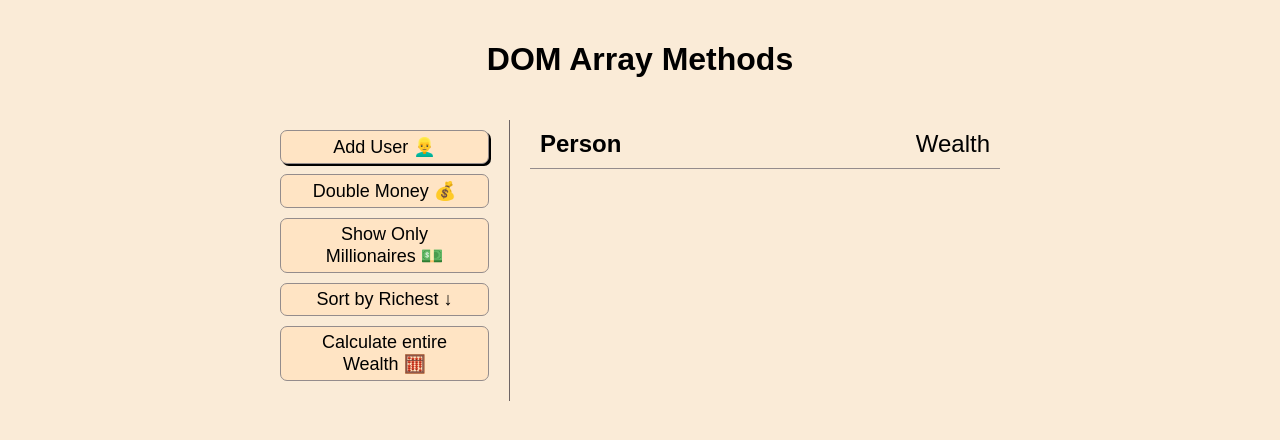
Repository: AbrorjonKuchkarov/DOM-Array-Methods
Page: index.html
An editor plug-in stored every save of this project. The page is shown before and after the next save, followed by the edit.
The browser window is 1280 px wide. The pictures show the whole page.
The pointer rests on the first visible `button`.

Above is the page before, as saved 2022-02-24 15:51:31.

After the next save:
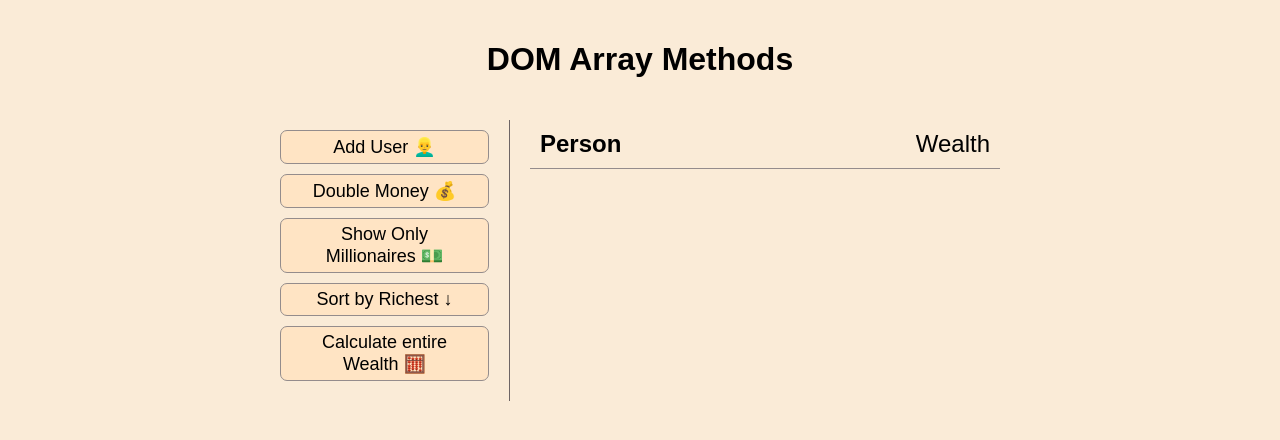
Saved 15 s later.
--- a/style.css
+++ b/style.css
@@ -41,7 +41,7 @@ button {
 }
 
 button:hover {
-   box-shadow: 2px 2px ;
+   box-shadow: 2px  ;
 }
 
 main{
